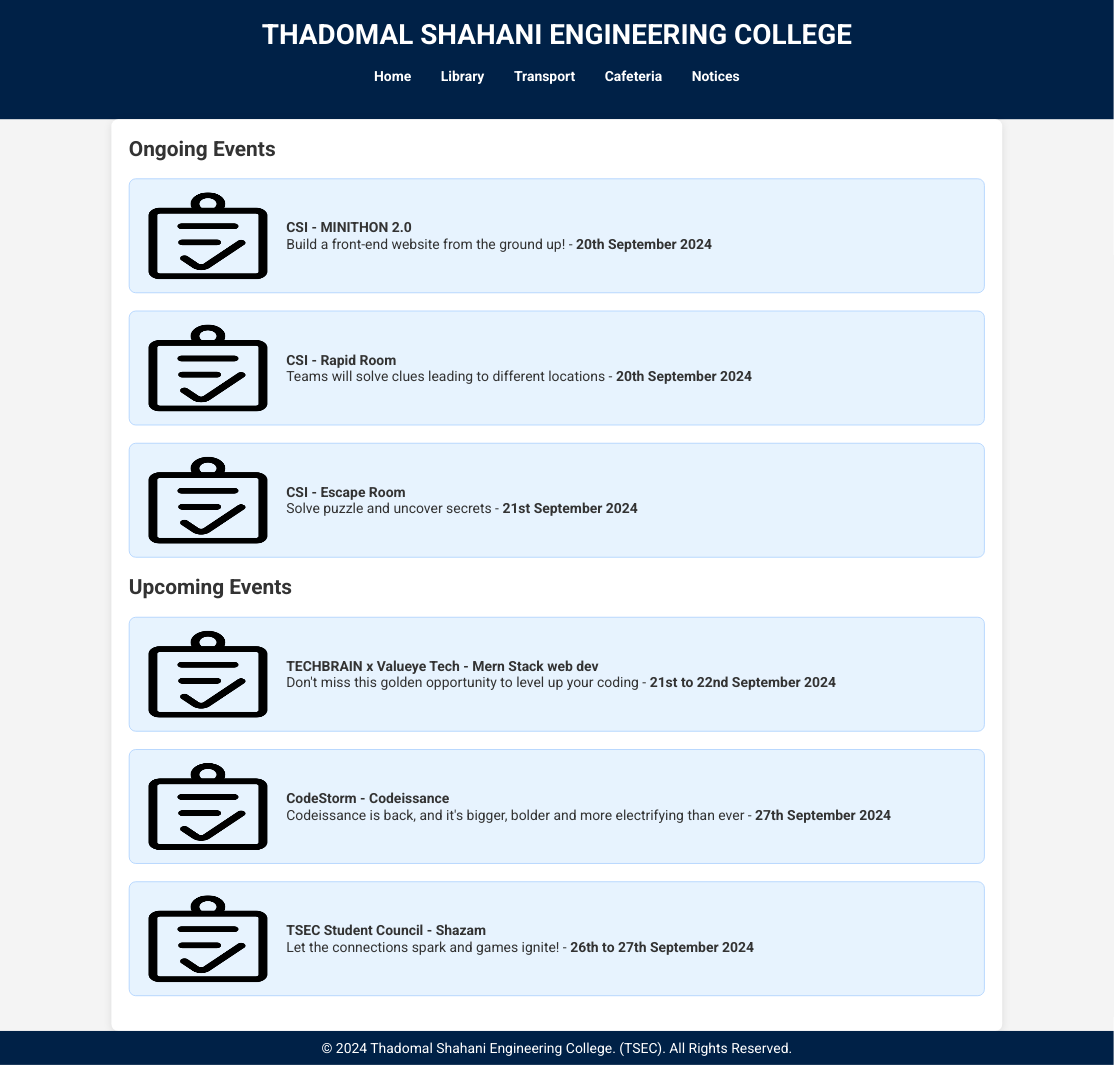
Repository: TejasS1233/MINITHON-hackathon-project
Page: Event.html
These files come from the project's save history. The page is drawn as it stood at one moment and after the next save; the edit follows.
The browser window is 1280 px wide. The pictures show the whole page, at 87% of full size.

Above is the page before, as saved 2024-09-20 10:51:09.

### Event.html
<!DOCTYPE html>
<html lang="en">

<head>
    <meta charset="UTF-8">
    <meta name="viewport" content="width=device-width, initial-scale=1.0">
    <title>Events | TSEC</title>
    <link rel="icon" href="favicon.ico" type="image/x-icon">
    <link rel="stylesheet" href="styles.css">
    <link rel="preconnect" href="https://fonts.googleapis.com">
    <link rel="preconnect" href="https://fonts.gstatic.com" crossorigin>
    <link href="https://fonts.googleapis.com/css2?family=Roboto:wght@400;700&display=swap" rel="stylesheet">
    <style>
        body {
            font-family: 'Roboto', sans-serif;
            background-color: #f4f4f4;
            margin: 0;
            padding: 0;
        }

        header {
            background-color: #002147;
            color: white;
            padding: 20px;
            text-align: center;
        }

        nav {
            margin: 20px 0;
        }

        nav a {
            margin: 0 15px;
            color: #ffffff;
            font-weight: bold;
            text-decoration: none;
        }

        .container {
            width: 80%;
            margin: auto;
            padding: 20px;
            background: white;
            border-radius: 8px;
            box-shadow: 0 2px 10px rgba(0, 0, 0, 0.1);
        }

        .event-card {
            display: flex;
            align-items: center;
            background: #e7f3fe;
            border: 1px solid #b1d4fe;
            border-radius: 8px;
            margin: 20px 0;
            padding: 15px;
        }

        .event-card img {
            width: 150px;
            height: 100px;
            border-radius: 8px;
            margin-right: 15px;
        }

        footer {
            text-align: center;
            padding: 10px 0;
            background-color: #002147;
            color: white;
            position: relative;
            bottom: 0;
            width: 100%;
        }
    </style>
</head>

<body>

    <header>
        <h1>THADOMAL SHAHANI ENGINEERING COLLEGE</h1>
        <nav>
            <a href="index.html">Home</a>
            <a href="#">Library</a>
            <a href="#">Transport</a>
            <a href="#">Cafeteria</a>
            <a href="#">Notices</a>
        </nav>
    </header>

    <div class="container">
        <h2>Ongoing Events</h2>
        <div class="event-card">
            <img src="Events.png" alt="Event 1">
            <div>
                <h4>CSI - MINITHON 2.0</h4>
                <p>Build a front-end website from the ground up! - <strong>20th September 2024</strong></p>
            </div>
        </div>

        <div class="event-card">
            <img src="Events.png" alt="Event 2">
            <div>
                <h4>CSI - Rapid Room</h4>
                <p>Teams will solve clues leading to different locations - <strong>20th September 2024</strong></p>
            </div>
        </div>

        <div class="event-card">
            <img src="Events.png" alt="Event 3">
            <div>
                <h4>CSI - Escape Room</h4>
                <p>Solve puzzle and uncover secrets - <strong>21st September 2024</strong></p>
            </div>
        </div>
        <h2>Upcoming Events</h2>
        <div class="event-card">
            <img src="Events.png" alt="Event 4">
            <div>
                <h4>TECHBRAIN x Valueye Tech - Mern Stack web dev</h4>
                <p>Don't miss this golden opportunity to level up your coding - <strong>21st to 22nd September 2024</strong></p>
            </div>
        </div>

        <div class="event-card">
            <img src="Events.png" alt="Event 5">
            <div>
                <h4>CodeStorm - Codeissance</h4>
                <p>Codeissance is back, and it's bigger, bolder and more electrifying than ever - <strong>27th September 2024</strong></p>
            </div>
        </div>

        <div class="event-card">
            <img src="Events.png" alt="Event 5">
            <div>
                <h4>TSEC Student Council - Shazam</h4>
                <p>Let the connections spark and games ignite! - <span style="font-weight: bold;">26th to 27th September 2024</p>
            </div>
        </div>
    </div>

    <footer>
        <p>&copy; 2024 Thadomal Shahani Engineering College. (TSEC). All Rights Reserved.</p>
    </footer>

</body>

</html>

### styles.css
/* Global Reset */
* {
    margin: 0;
    padding: 0;
    box-sizing: border-box;
}

/* Body Styling */
body {
    font-family: 'Arial', sans-serif;
    background-color: #f2f2f2; /* Light gray background */
    color: #333;
    padding: 20px;
}

/* Announcement Heading */
.announcement-heading {
    background-color: #333; /* Dark gray background for heading */
    color: #fff; /* White text color */
    padding: 20px 0;
    text-align: center;
    margin-bottom: 20px;
}

/* Announcement Grid */
.announcement-grid {
    display: grid;
    grid-template-columns: repeat(auto-fit, minmax(350px, 1fr));
    gap: 20px;
    margin-bottom: 10px;
}

/* Individual Announcement */
.announcement {
    background-color: #fff; /* White background for announcements */
    padding: 20px;
    border-radius: 8px; /* Rounded corners */
    box-shadow: 0 4px 8px rgba(0, 0, 0, 0.1); /* Subtle box shadow */
    height: 420px;
    position: relative;
}

.announcement h2 {
    font-size: 1.8em;
    margin-bottom: 10px;
    color: #333; /* Dark text color */
}

.announcement p {
    font-size: 1em;
    margin-bottom: 10px;
    color: #666; /* Slightly darker gray text color */
}

.cta-button {
    display: inline-block;
    background-color: #4CAF50; /* Green button */
    color: #fff; /* White text color */
    padding: 10px 20px;
    text-decoration: none;
    border-radius: 5px;
    margin-top: 10px;
    font-weight: bold;
    transition: background-color 0.3s ease;
    box-shadow: 0 2px 4px rgba(0, 0, 0, 0.1);
    position: absolute;
    bottom: 20px;
    overflow: hidden;
    text-align: center;
}

.cta-button:hover {
    background-color: #45a049;
    cursor: pointer;
}

/* Footer Styling */
footer {
    text-align: center;
    padding: 20px 0;
    background-color: #333;
    color: #fff;
    position: relative;
    width: 100%;
}

After the next save:
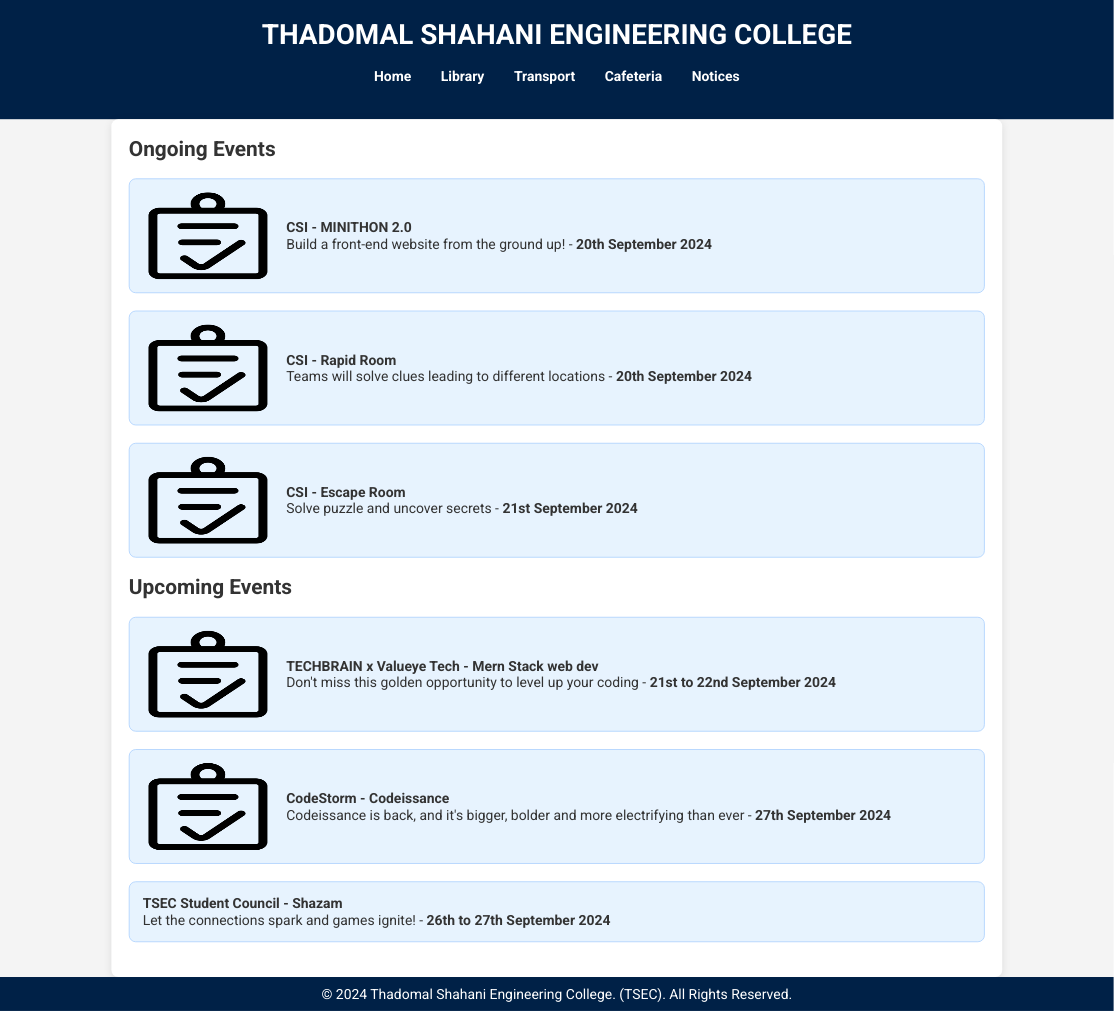
Saved 15 s later.
--- a/Event.html
+++ b/Event.html
@@ -130,7 +130,6 @@
         </div>
 
         <div class="event-card">
-            <img src="Events.png" alt="Event 5">
             <div>
                 <h4>TSEC Student Council - Shazam</h4>
                 <p>Let the connections spark and games ignite! - <span style="font-weight: bold;">26th to 27th September 2024</p>

After the save that followed:
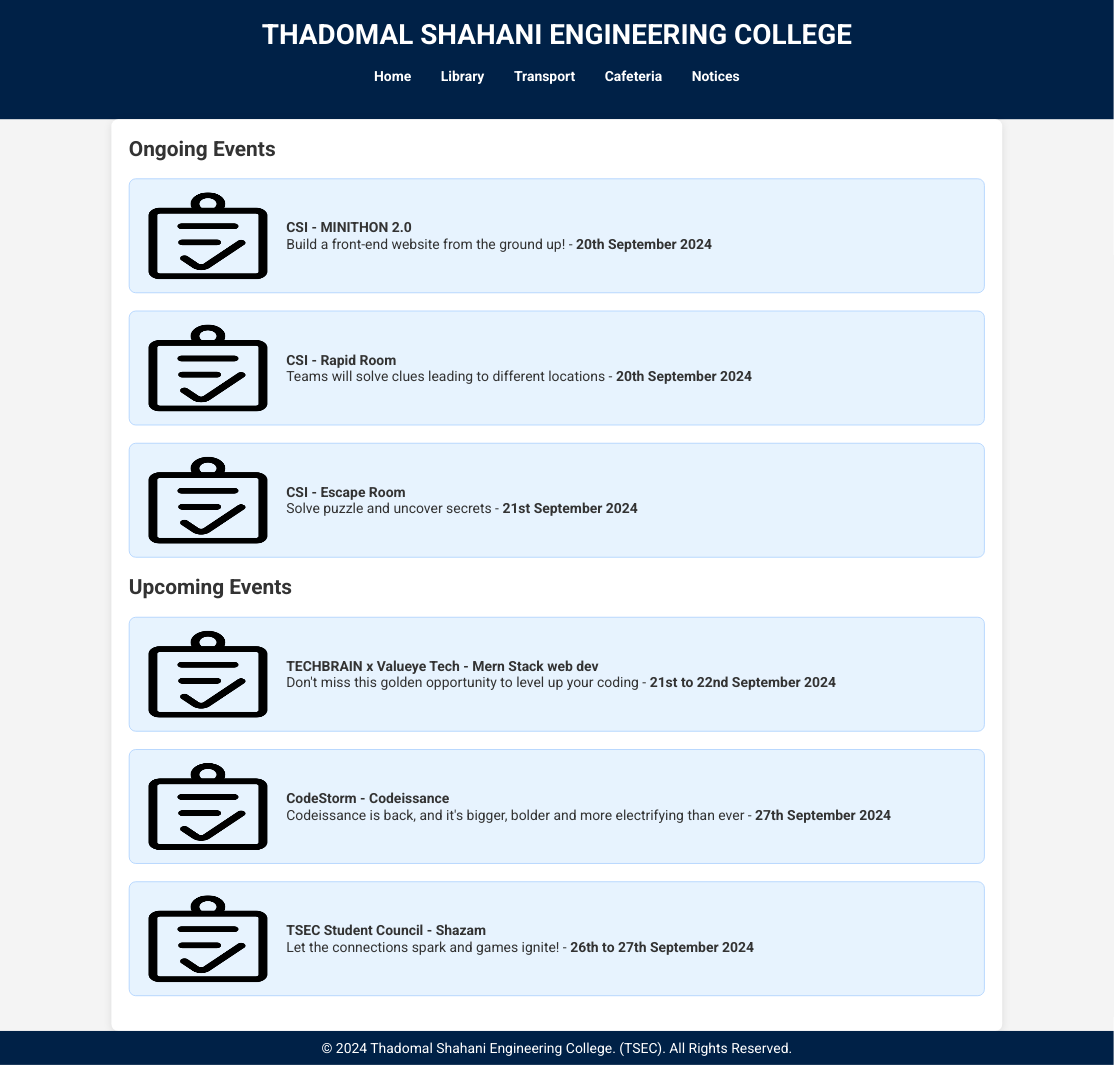
Saved 9 s later.
--- a/Event.html
+++ b/Event.html
@@ -130,6 +130,7 @@
         </div>
 
         <div class="event-card">
+            <img src="Events.png" alt="Event 5">
             <div>
                 <h4>TSEC Student Council - Shazam</h4>
                 <p>Let the connections spark and games ignite! - <span style="font-weight: bold;">26th to 27th September 2024</p>
